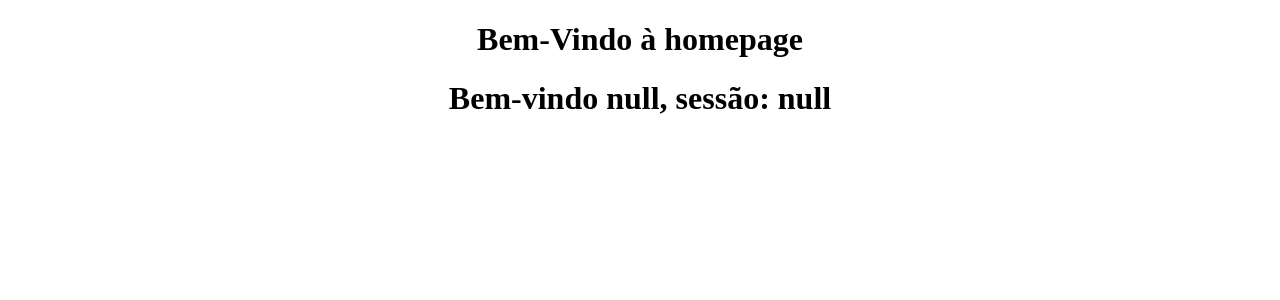
Repository: EikkoMass/WorkspaceTrilhaSeguranca
Page: ProjetoTrilhaSeguranca/WebContent/erro.html
These files come from the project's save history. The page is drawn as it stood at one moment and after the next save; the edit follows.
The browser window is 1280 px wide. The pictures show the whole page.

Above is the page before, as saved 2022-02-17 21:45:08.

After the next save:
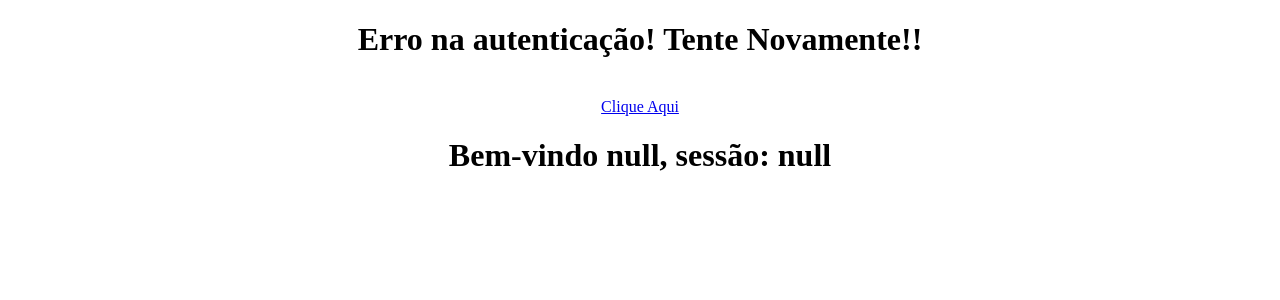
Saved 50 s later.
--- a/ProjetoTrilhaSeguranca/WebContent/erro.html
+++ b/ProjetoTrilhaSeguranca/WebContent/erro.html
@@ -9,7 +9,7 @@
 </head>
 <body>
 	<center>
-		<h1>Bem-Vindo à homepage</h1>
+		<h1>Erro na autenticação! Tente Novamente!!</h1><br><a href="index.html">Clique Aqui</a>
 		<h1 id="content"></h1>
 	</center>
 </body>
